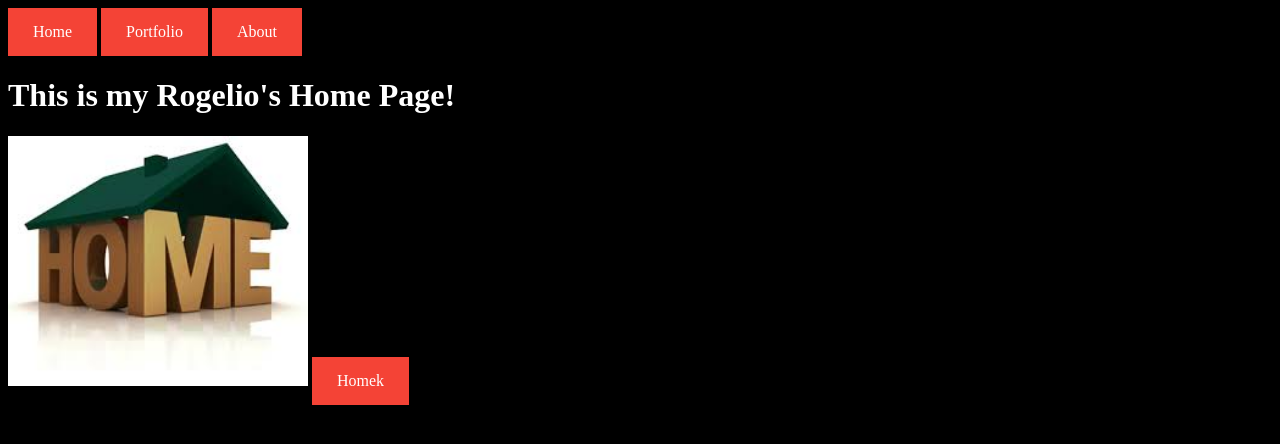
Repository: ralcocer1890/ralcocer1890.github.io
Page: my_website/index.html
The author's editor kept a record of every edit. The page is drawn from the files as they stood at one moment, then again after the next edit.
The browser window is 1280 px wide. The pictures show the whole page.

Above is the page before.

### my_website/index.html
<!doctype html>
<html lang="en">
  <head>

    <meta charset="utf-8">
    <title>Home</title>
  </head>
  <body>
    <a href="index.html">Home</a>
    <a href="portfolio.html">Portfolio</a>
    <a href="about.html">About</a>
    <h1>This is my Rogelio's Home Page!</h1>
    <img src="images/home.jpg" height="250">

    <style>
h1 {color:white;}
</style>

<body style="background-color:black;">

  <style>
a:link, a:visited {
  background-color: #f44336;
  color: white;
  padding: 15px 25px;
  text-align: center;
  text-decoration: none;
  display: inline-block;
}

a:hover, a:active {
  background-color: red;
}
</style>
</head>
<body>

<a href="index.html" target="_blank">Homek</a>

  </body>
</html>

After the next edit:
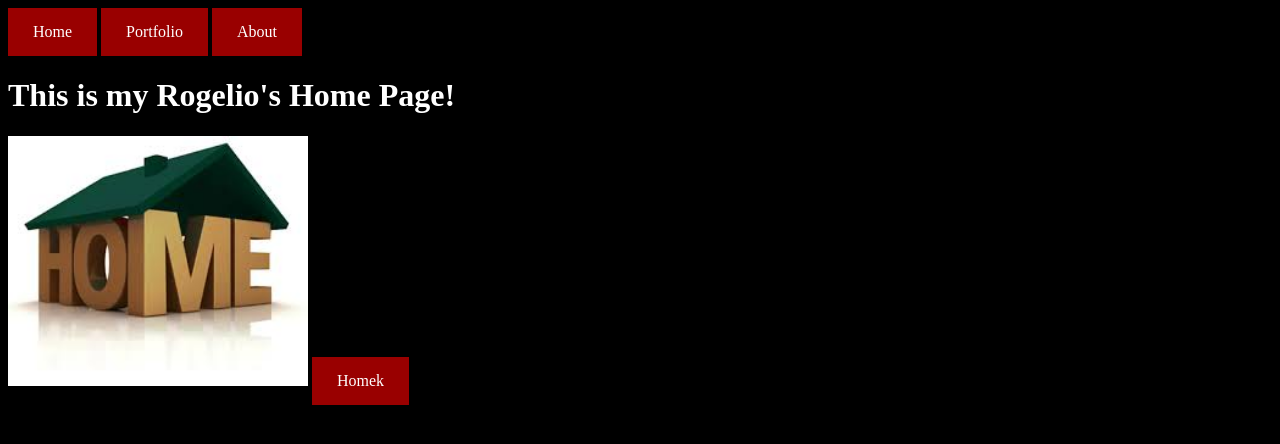
The edit:
--- a/my_website/index.html
+++ b/my_website/index.html
@@ -20,7 +20,7 @@
 
   <style>
 a:link, a:visited {
-  background-color: #f44336;
+  background-color: #990000;
   color: white;
   padding: 15px 25px;
   text-align: center;
